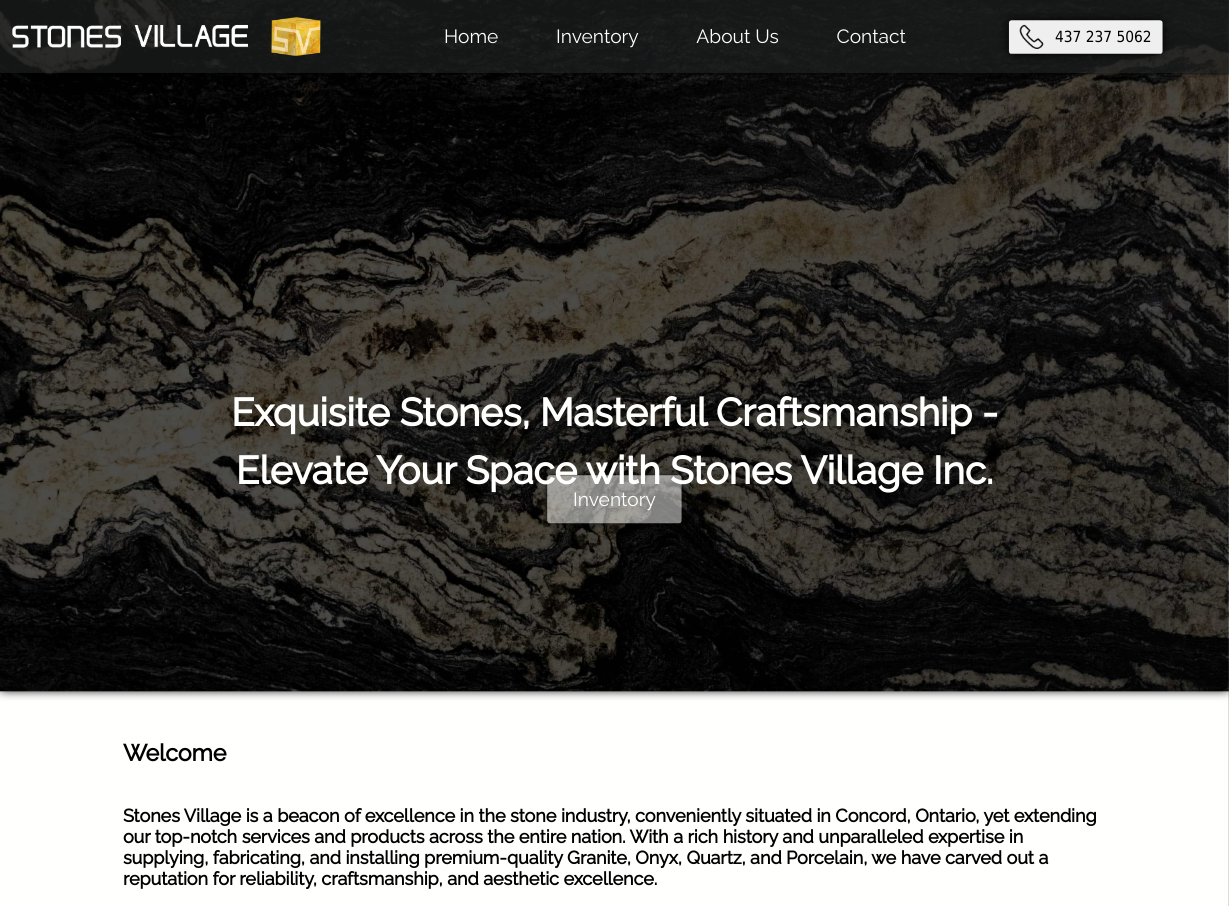
Repository: shayanabedi98/Stones-Village
Page: index.html
These files come from the project's save history. The page is drawn as it stood at one moment and after the next save; the edit follows.
The browser window is 1280 px wide. The pictures show the whole page, at 96% of full size.
Backgrounds fixed to the window are drawn as part of the page.

Above is the page before, as saved 2023-10-22 16:15:18.

### index.html
<!DOCTYPE html>
<html lang="en">
<head>
    <meta charset="UTF-8">
    <meta name="viewport" content="width=device-width, initial-scale=1.0">
    <title>Stones Village | Home</title>
    <link rel="preconnect" href="https://fonts.googleapis.com">
    <link rel="preconnect" href="https://fonts.gstatic.com" crossorigin>
    <link href="https://fonts.googleapis.com/css2?family=Raleway&display=swap" rel="stylesheet">
    <link rel="stylesheet" href="styles.css">
</head>
<body>
    <div class="grid-container">
        <div class="navbar">
            <div class="logo">
                <img id="logo-name" src="./resources/sv-name.png" alt="Logo name">
                <img id="logo-cube" src="./resources/sv-cube.png" alt="Logo Symbol">
            </div>
            <div class="navbar-menu">
                <ul>
                    <li><a href="./">Home</a></li>
                    <li><a href="./inventory">Inventory</a></li>
                    <li><a href="./about-us">About Us</a></li>
                    <li><a href="./contact">Contact</a></li>
                </ul>
            </div>
            <div class="navbar-tel">
                <button><a href="tel:+14372375062">
                    <img src="./resources/telephone-svgrepo-com.png" alt="Contact By Number">
                    437 237 5062
                </a></button>
            </div>
        </div>
        <div class="banner">
            <!-- Background Image -->
        </div>
        <div class="banner-overlay">
            <h1>Exquisite Stones, Masterful Craftsmanship - Elevate Your Space with Stones Village Inc.</h1>
            <button>Inventory</button>
        </div>
        <div class="services-container">
            <h2>Welcome</h2>
            <h3>Stones Village is a beacon of excellence in the stone industry, conveniently situated in Concord, Ontario, yet extending our top-notch services and products across the entire nation. With a rich history and unparalleled expertise in supplying, fabricating, and installing premium-quality Granite, Onyx, Quartz, and Porcelain, we have carved out a reputation for reliability, craftsmanship, and aesthetic excellence.</h3>
            <div class="card">

            </div>

            <!-- Free Quotations
Stonica Group Inc. offers no-obligation, comprehensive quotes for all project sizes. Our experts provide a detailed cost estimate, ensuring transparency and no hidden charges.


Measurements
We use advanced tools for precise project measurements, considering the environment and potential challenges to ensure seamless integration of our fabrications into your space.


Fabrication
Our high-quality fabrication service is handled by a skilled team and cutting-edge facilities. We handle various materials and complexities, ensuring the finished product meets the highest industry standards.


Installation
Our trained professionals carry out careful and precise installations. We also perform comprehensive checks post-installation, ensuring a perfect fit and function. Your satisfaction is our ultimate goal. -->
        </div>
    </div>
    <script src="./index.js"></script>
</body>
</html>

### styles.css
body {
    background-color: #FFFFFE;
    color: #000000;
    font-family: 'Raleway', sans-serif;
    margin: 0;
    padding: 0;
}

.navbar {
    display: grid;
    grid-template-columns: 0.5fr 1fr 0.5fr;
    background-color: rgba(29, 31, 31, 0.7);
    box-shadow: 0 0 5px 0 rgb(0, 0, 0);
    padding: 10px;
    position: fixed;
    width: 100%;
    z-index: 1;
}

.logo {
    display: flex;
    align-items: center;
    justify-content: center;
}

#logo-cube {
    height: 42px;
    margin-left: 20px;
    cursor: pointer;
}

#logo-name {
    height: 28px;
    cursor: pointer;
}

.navbar-menu {
    display: grid;
    align-items: end;
}

.navbar-menu ul {
    display: flex;
    align-content: center;
    justify-content: center;
    list-style-type: none;
}

.navbar-menu a {
    text-decoration: none;
    color: #FFFFFE;
    font-size: 20px;
    margin-left: 60px;
}

.navbar-menu a:hover {
    color: #E0B739;
    transition: 0.3s;
    border-bottom: 8px solid #E0B739;
}

.navbar-menu a:not(:hover) {
    color: #FFFFFE;
    border-bottom: 0px;
    transition: 0.3s;
}

.navbar-tel {
    display: flex;
    justify-content: center;
    align-items: center;
}

.navbar-tel button {
    height: 35px;
    width: 160px;
    border: none;
    border-radius: 3px;
    box-shadow: 0 0 10px 0 rgb(0, 0, 0);
}

.navbar-tel img {
    height: 25px;
    margin-right: 12px;
}

.navbar-tel a {
    text-decoration: none;
    color: black;
    font-family: Tahoma, Verdana, sans-serif;
    font-size: 16px;
    display: flex;
    align-items: center;
    justify-content: center;
}

.banner {
    background-attachment: fixed;
    height: 100vh;
    background-size: 2100px;
    background-repeat: no-repeat;
    background-position: 0 -400px;
    transition: opacity 1s ease-in-out, background-size 0s, background-position 0s;
}

.banner-overlay {
    background-color: rgba(0, 0, 0, 0.7);
    box-shadow: 0 0 10px 0 black;
    display: grid;
    grid-template-rows: 0.8fr 1fr;
    justify-items: center;
    align-items: center;
    text-align: center;
    position: absolute;
    height: 100vh;
    width: 100%;
    top: 0;
}

.banner-overlay h1 {
    margin: 0;
    color: #FFFFFE;
    position: relative;
    font-size: 40px;
    top: 300px;
    width: 70%;
    line-height: 60px;
}

.banner-overlay button {
    font-family: 'Raleway', sans-serif;
    background-color: rgba(255, 255, 254, 0.5);
    color: white;
    border: none;
    border-radius: 3px;
    font-size: 20px;
    width: 140px;
    height: 50px;
    box-shadow: 0 0 2px 0 black;
    cursor: pointer;
}

.banner-overlay button:hover {
    box-shadow: 0 0 15px 0 black;
    background-color: rgb(224, 183, 57);
    transition: 0.3s;
}

.banner-overlay button:not(:hover) {
    box-shadow: 0 0 5px 0 black;
    transition: 0.3s;
}

.services-container {
    display: grid;
    justify-items: center;
    margin-top: 30px;
}

.services-container h2, h3 {
    width: 80%;
}

### index.js
const banner = document.querySelector('.banner');
const bannerImg = ['./resources/aaron-huber-G7sE2S4Lab4-unsplash.jpg', './resources/black-marble-texture2-min2.jpg', './resources/engin-akyurt-m555vEfryhE-unsplash.jpg', './resources/marble-2398956_1920.jpg'];
let bannerImgIndex = 0;
const logoName = document.querySelector('#logo-name');
const logoCube = document.querySelector('#logo-cube');
const navbar = document.querySelector('.navbar');

logoCube.addEventListener('click', () => {
    window.location.replace('./')
})

logoCube.addEventListener('mouseover', () => {
    navbar.style.backgroundColor = 'rgba(224, 183, 57,0.3)'
    navbar.style.transition = '4s'
})

logoCube.addEventListener('mouseout', () => {
    navbar.style.backgroundColor = 'rgba(29, 31, 31, 0.7)'
    navbar.style.transition = '2s'
})

logoName.addEventListener('click', () => {
    window.location.replace('./')
})

logoName.addEventListener('mouseover', () => {
    navbar.style.backgroundColor = 'rgba(224, 183, 57,0.3)'
    navbar.style.transition = '4s'
})

logoName.addEventListener('mouseout', () => {
    navbar.style.backgroundColor = 'rgba(29, 31, 31, 0.7)'
    navbar.style.transition = '2s'
})

const bannerImgChanger = () => {
    banner.style.opacity = '0'
    bannerImgIndex = (bannerImgIndex + 1) % bannerImg.length;
    banner.style.background = `url(${bannerImg[bannerImgIndex]})`;

    if (bannerImgIndex === 0) {
        banner.style.backgroundSize = '2100px';
        banner.style.backgroundPosition = '0 -400px'
        banner.style.backgroundAttachment = 'fixed';
        banner.style.opacity = '1'
        banner.style.transition = 'opacity 1s ease-in, background-size 0s, background-position 0s;';
        setTimeout(() => {
            banner.style.opacity = '0'
        }, 7000)

    } else if (bannerImgIndex === 1) {
        banner.style.backgroundSize = '2000px';
        banner.style.backgroundAttachment = 'fixed';
        banner.style.opacity = '1'
        banner.style.transition = 'opacity 1s ease-in, background-size 0s, background-position 0s;';
        setTimeout(() => {
            banner.style.opacity = '0'
        }, 7000)

    } else if (bannerImgIndex === 2) {
        banner.style.backgroundAttachment = 'fixed';
        banner.style.opacity = '1'
        banner.style.transition = 'opacity 1s ease-in, background-size 0s, background-position 0s;';
        setTimeout(() => {
            banner.style.opacity = '0'
        }, 7000)
    } else if (bannerImgIndex === 3) {
        banner.style.backgroundAttachment = 'fixed';
        banner.style.opacity = '1'
        banner.style.transition = 'opacity 1s ease-in, background-size 0s, background-position 0s;';
        setTimeout(() => {
            banner.style.opacity = '0'
        }, 7000)
    }
};

bannerImgChanger();

setInterval(bannerImgChanger, 8000)

After the next save:
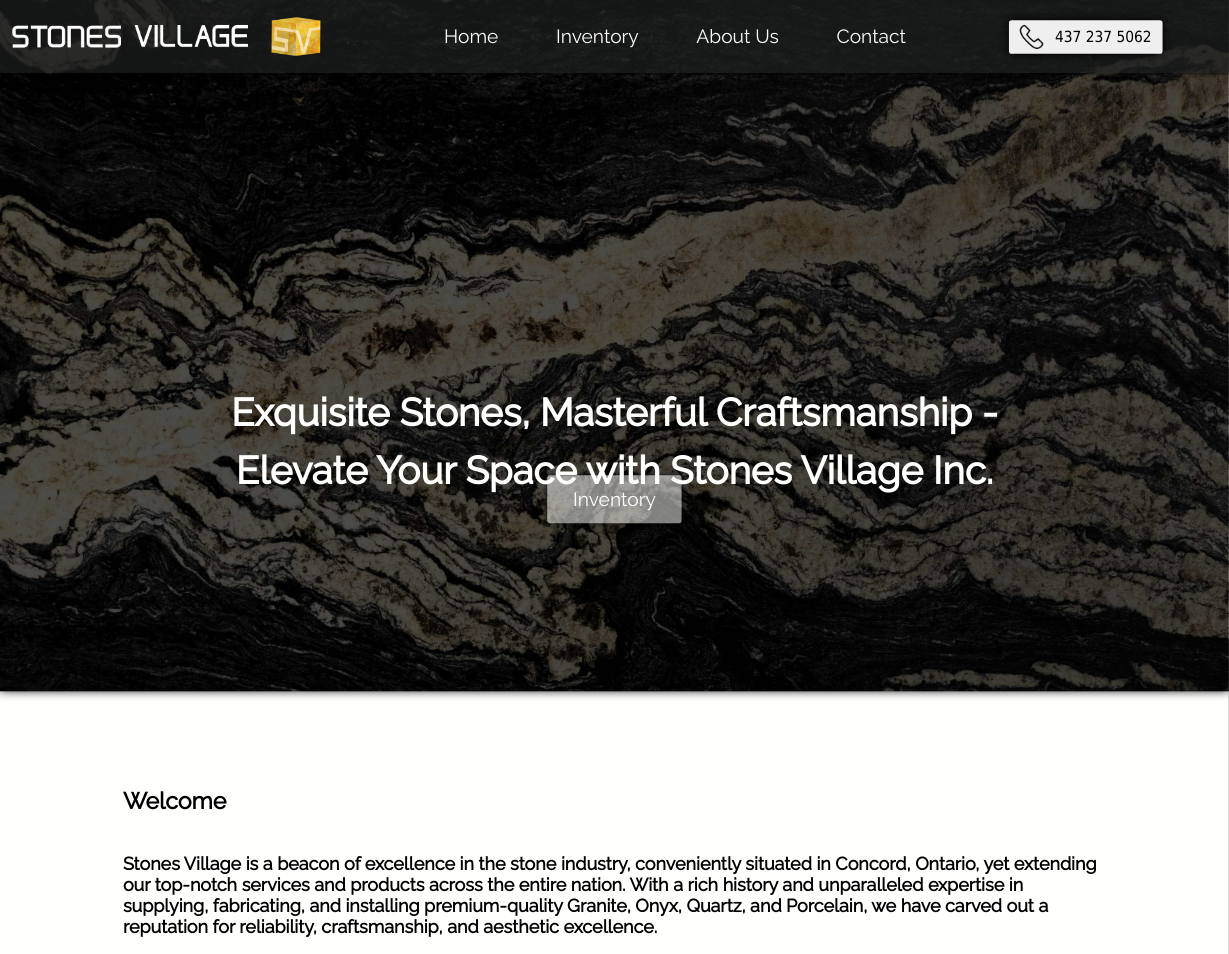
Saved 5 s later.
--- a/styles.css
+++ b/styles.css
@@ -154,7 +154,7 @@ body {
 .services-container {
     display: grid;
     justify-items: center;
-    margin-top: 30px;
+    margin-top: 80px;
 }
 
 .services-container h2, h3 {
